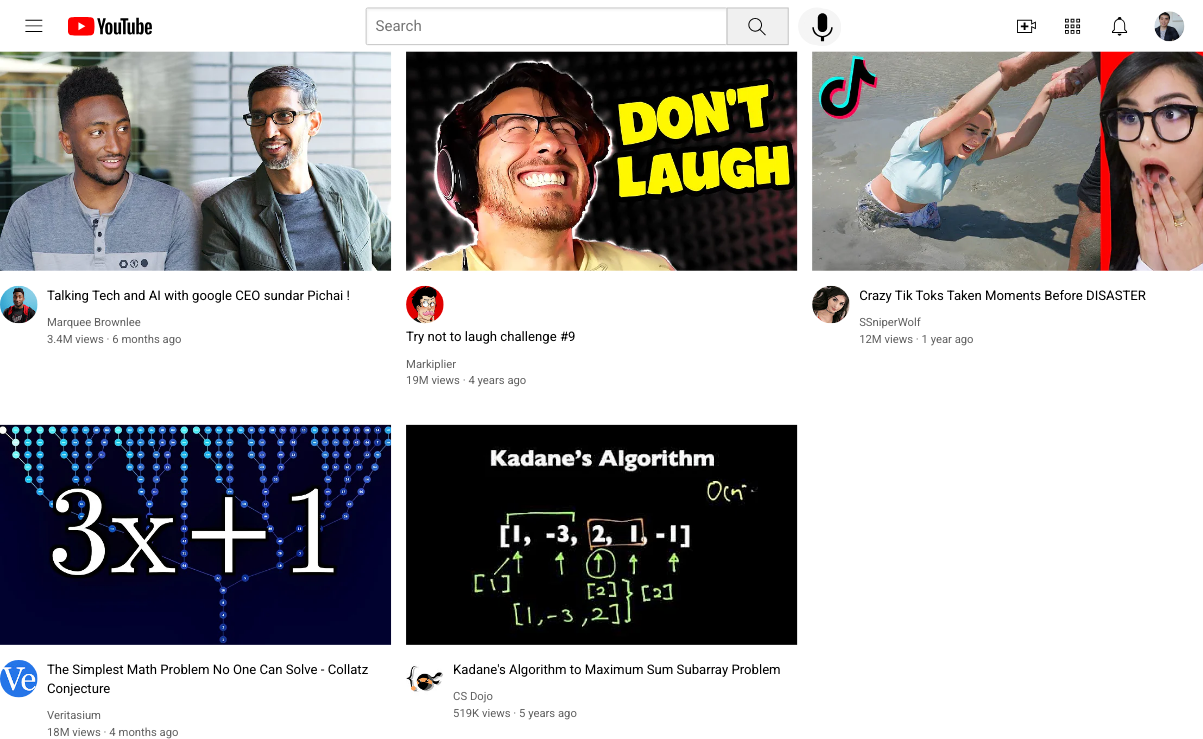
Repository: knowledgeAlan/html-css-thirteen
Page: youtube.html
The author's editor kept a copy of each file at every save. The page is drawn from the files as they stood at one save, then again after the next save.
The browser window is 1280 px wide. The pictures show the whole page, at 94% of full size.

Above is the page before, as saved 2024-03-19 18:23:53.

After the next save:
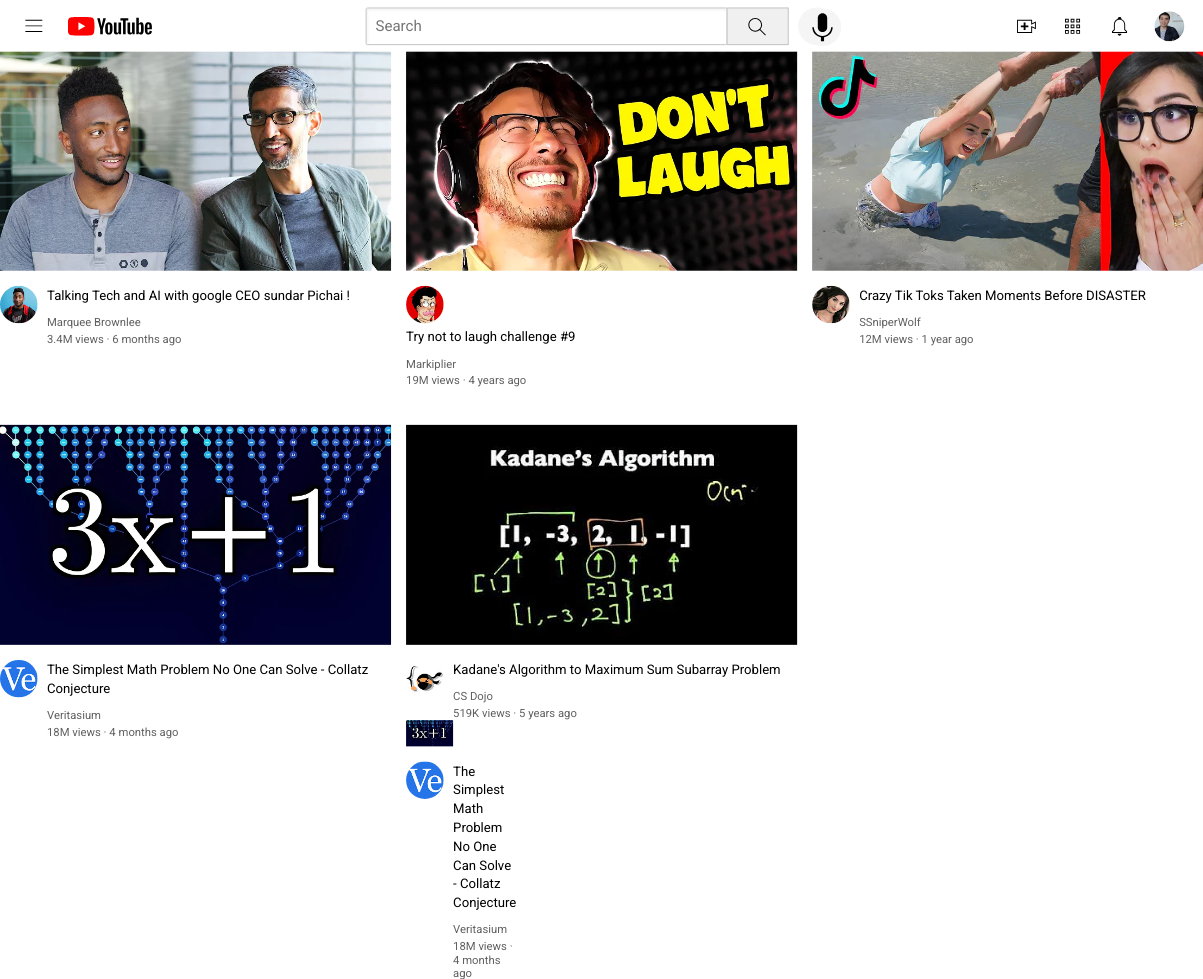
Saved 8 s later.
--- a/youtube.html
+++ b/youtube.html
@@ -193,6 +193,30 @@
               </div>
             </div>
 
+            <div class="video-preview">
+                <div class="thumbnail-row">
+                    <img class="thumbnail" src="thumbnails/thumbnail-4.webp">
+                </div>
+                <div class="video-info-grid">
+                    <div class="channel-picture">
+                        <img class="profile-picture" src="channel-pictures/channel-4.jpeg">
+                    </div>
+
+                    <div class="video-info">
+                        <p class="video-title">
+                            The Simplest Math Problem No One Can Solve - Collatz Conjecture
+                        </p>
+                        <p class="video-author">
+                            Veritasium
+                        </p>
+
+                        <p class="video-stats">
+                            18M views &#183; 4 months ago
+                        </p>
+
+                    </div>
+                </div>
+            </div>
 
 
             <!-- <div class="video-preview">
